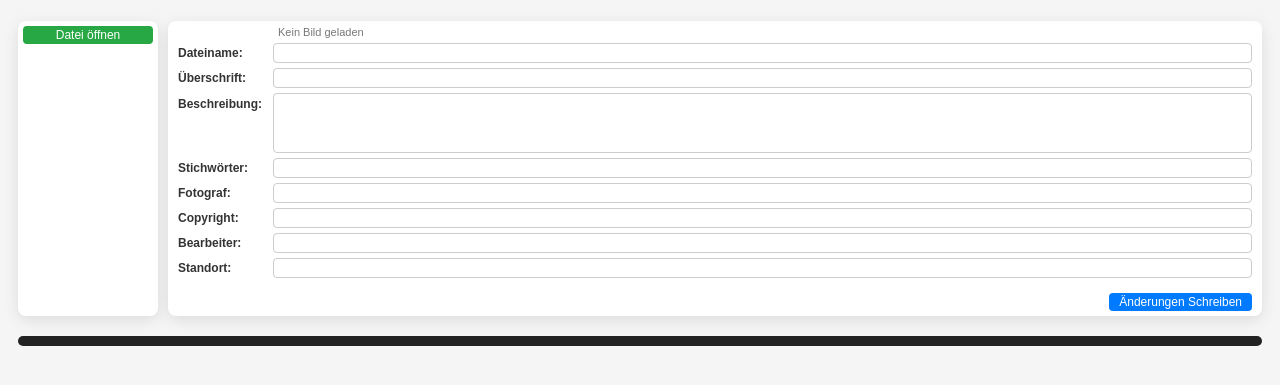
Repository: h-fahle/metadata
Page: ui/index.html
An editor plug-in stored every save of this project. The page is shown before and after the next save, followed by the edit.
The browser window is 1280 px wide. The pictures show the whole page.

Above is the page before, as saved 2026-08-17 12:07:13.

After the next save:
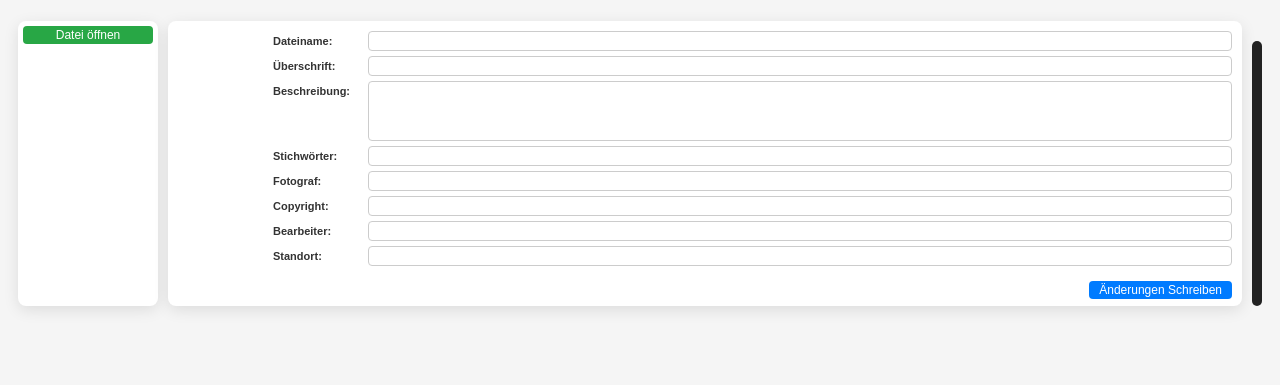
Saved 3 min 24 s later.
--- a/ui/index.html
+++ b/ui/index.html
@@ -21,7 +21,6 @@
 		<form action="" method="post">
 
 			<div id="ordner-pfad"
-				style="margin-left: 100px; margin-bottom: 2px; color: #777777; font-size: 11px; font-family: Arial, sans-serif; word-break: break-all;">
 				Kein Bild geladen
 			</div>
 

After the save that followed:
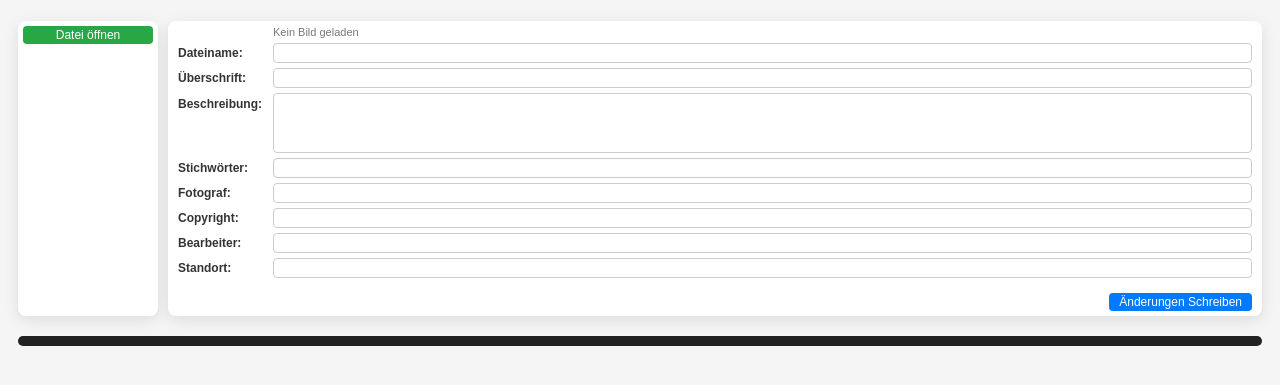
Saved 67 s later.
--- a/ui/index.html
+++ b/ui/index.html
@@ -20,7 +20,7 @@
 		<!-- Das Formular rechts -->
 		<form action="" method="post">
 
-			<div id="ordner-pfad"
+			<div id="ordner-pfad">
 				Kein Bild geladen
 			</div>
 
